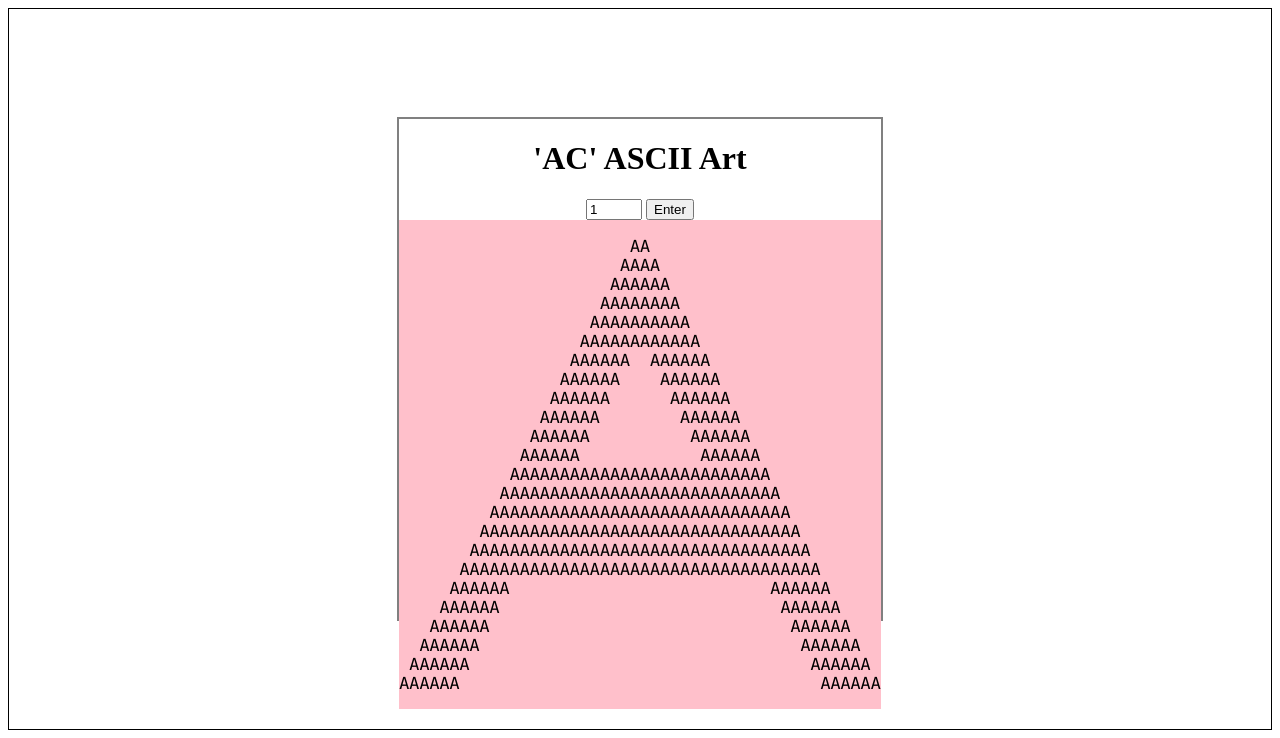
Repository: Achorn/ascii-art
Page: index.html
An editor plug-in stored every save of this project. The page is shown before and after the next save, followed by the edit.
The browser window is 1280 px wide. The pictures show the whole page.

Above is the page before, as saved 2021-08-09 18:49:41.

### index.html
<!DOCTYPE html>
<html lang="en">
  <head>
    <link rel="stylesheet" href="styles.css" />
    <meta charset="UTF-8" />
    <meta http-equiv="X-UA-Compatible" content="IE=edge" />
    <meta name="viewport" content="width=device-width, initial-scale=1.0" />
    <title>Document</title>
  </head>
  <body>
    <form>
      <h1>'AC' ASCII Art</h1>
      <input type="number" min="1" value="1" max="10" />
      <button>Enter</button>
      <div id="ascii-container">
        <div id="a-container">
          <p id="mono-a" style="font-family: 'Lucida Console', monospace"></p>
        </div>
        <div id="c-container">
          <p id="mono-c" style="font-family: 'Lucida Console', monospace"></p>
        </div>
      </div>
    </form>
    <script type="text/javascript" src="myscripts.js"></script>
  </body>
</html>

### styles.css
body {
  border: 1px solid black;
  display: flex;
  flex-direction: column;
  justify-content: center;
  align-items: center;
  height: 100vh;
}

form {
  border: 2px solid grey;
  height: 500px;
  /* width: 400px; */
  text-align: center;
}

#ascii-container {
  display: flex;
}

#a-container {
  background-color: pink;
}
#c-container {
  background-color: pink;
}
#mono-a {
  /* font-size: 25.5vw; */

  white-space: pre;
}
#mono-c {
  white-space: pre;
}

### myscripts.js
let oneA = ["A"];
let twoA = [
  [" ", "A", " "],
  ["A", " ", "A"],
];
let threeA = [
  [" ", " ", "A", " ", " "],
  ["", "A", "A", "A", ""],
  ["A", "", "", "", "A"],
];

let four = [
  [" ", " ", " ", "A"],
  [" ", " ", "A", " "],
  [" ", "A", "A", "A"],
  ["A", " ", " ", " "],
];

let eight = [
  [" ", " ", " ", " ", " ", " ", " ", "A"],
  [" ", " ", " ", " ", " ", " ", "A", "A"],
  [" ", " ", " ", " ", " ", "A", "A", " "],
  [" ", " ", " ", " ", "A", "A", "A", "A"],
  [" ", " ", " ", "A", "A", "A", "A", "A"],
  [" ", " ", "A", "A", " ", " ", " ", " "],
  [" ", "A", "A", " ", " ", " ", " ", " "],
  ["A", "A", " ", " ", " ", " ", " ", " "],
];

function scaleSpread(array, factor) {
  const scaled = [];

  for (const row of array) {
    let x = [];

    for (const item of row) x.push(...Array(factor).fill(item));

    scaled.push(...Array(factor).fill(x));
  }

  return scaled;
}

function arrToString(arr) {
  let string = "";
  for (let i = 0; i < arr.length; i++) {
    string += arr[i].join("") + "<br>";
  }
  return string;
}

function halfArrToString(arr) {
  let string = "";
  for (let i = 0; i < arr.length; i++) {
    string += arr[i].join("");
    let rev = arr[i].slice();
    string += rev.reverse().join("");
    string += "<br>";
  }
  return string;
}
function trimA(arr, lWidth) {
  for (i = 0; i < arr.length; i++) {
    let disp = lWidth - (i % lWidth) - 1;
    let newArr = arr[i].slice();
    for (let j = 0; j < disp; j++) {
      newArr.pop();
      newArr.unshift(" ");
    }
    arr[i] = newArr;
  }
}

let monoA = document.getElementById("mono-a");
let monoC = document.getElementById("mono-c");
let scale = 6;
let scaledFour = scaleSpread(four, scale);
trimA(scaledFour, scale);

let scaledEight = scaleSpread(eight, 5);
trimA(scaledEight, 4);
// mono.innerHTML = halfArrToString(scaleSpread(four, 7));
monoA.style.fontSize = `${100 / scale}px`;
// monoC.style.fontSize = `${4 / scale}em`;
monoA.innerHTML = halfArrToString(scaledFour);
// monoC.innerHTML = arrToString(scaledEight);
// mono.innerHTML += arrToString(scaleSpread(eight, 1));

After the next save:
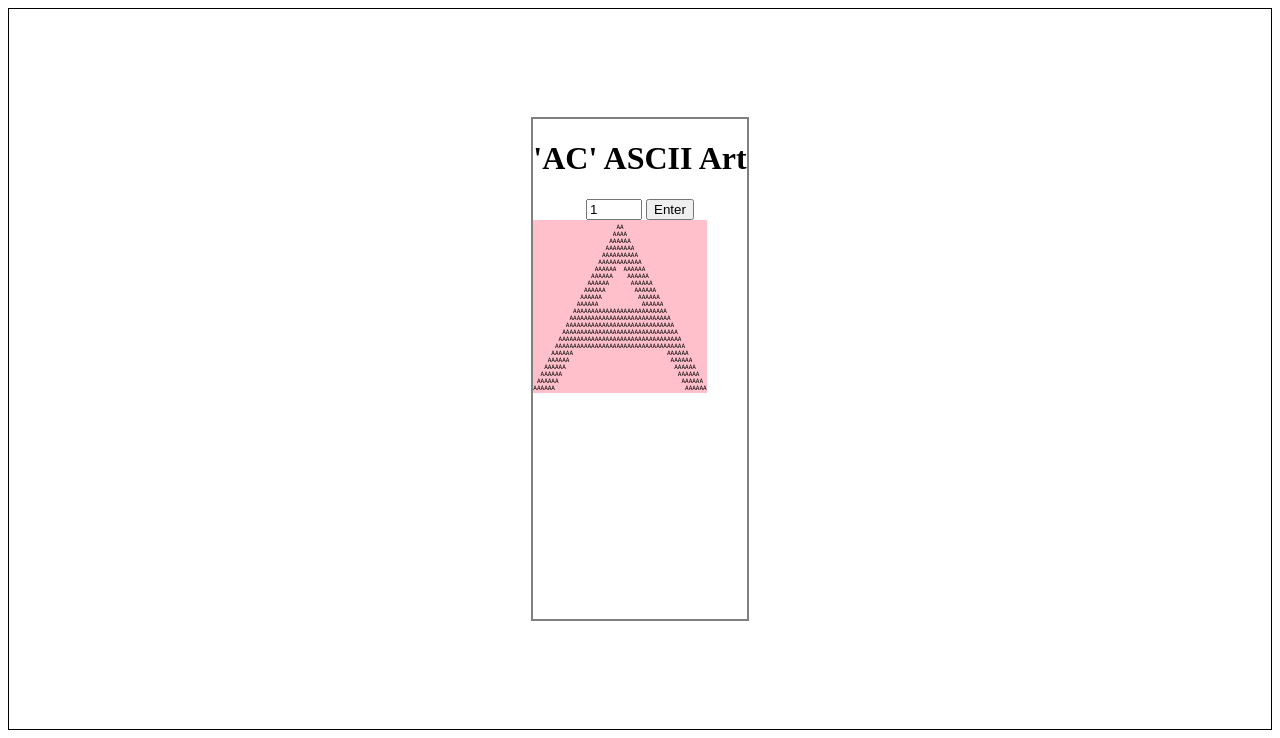
Saved 27 s later.
--- a/myscripts.js
+++ b/myscripts.js
@@ -80,7 +80,7 @@ trimA(scaledFour, scale);
 let scaledEight = scaleSpread(eight, 5);
 trimA(scaledEight, 4);
 // mono.innerHTML = halfArrToString(scaleSpread(four, 7));
-monoA.style.fontSize = `${100 / scale}px`;
+monoA.style.fontSize = `${100 / scale}%`;
 // monoC.style.fontSize = `${4 / scale}em`;
 monoA.innerHTML = halfArrToString(scaledFour);
 // monoC.innerHTML = arrToString(scaledEight);
